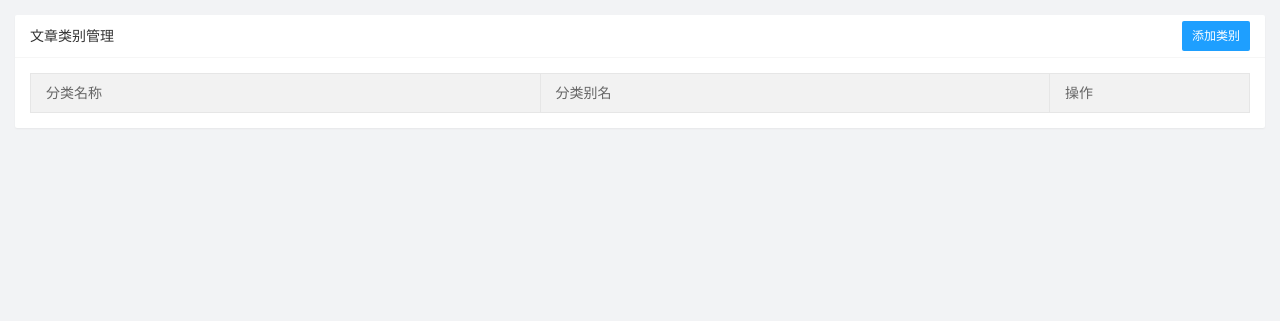
Repository: haloxxi/web_bigevent
Page: article/art-list.html
An editor plug-in stored every save of this project. The page is shown before and after the next save, followed by the edit.
The browser window is 1280 px wide. The pictures show the whole page.
The page's requests for data from a server got no answer.

Above is the page before, as saved 2022-06-28 18:14:48.
Console error: TypeError: Cannot read properties of undefined (reading 'status')

After the next save:
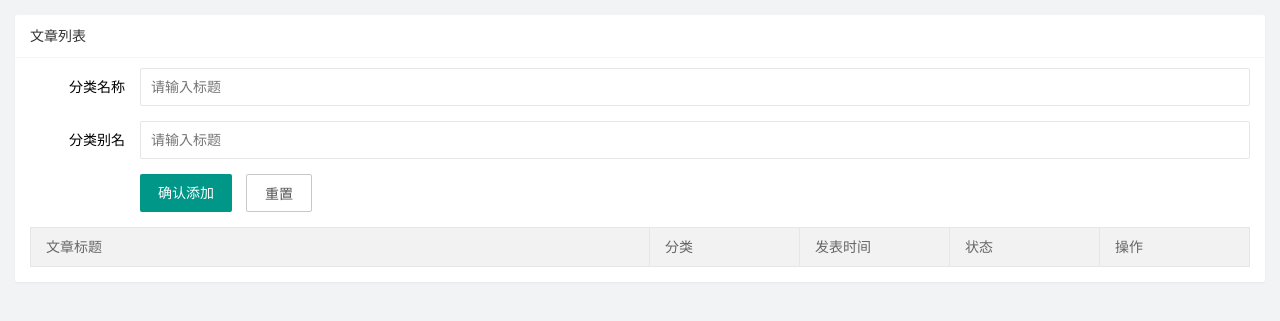
Saved 58 s later.
--- a/article/art-list.html
+++ b/article/art-list.html
@@ -5,117 +5,88 @@
     <meta charset="UTF-8">
     <meta http-equiv="X-UA-Compatible" content="IE=edge">
     <meta name="viewport" content="width=device-width, initial-scale=1.0">
-    <title>文章管理</title>
+    <title>文章那个列表</title>
     <link rel="stylesheet" href="/assets/lib/layui/css/layui.css">
-    <link rel="stylesheet" href="/assets/css/article/art-code.css">
+    <link rel="stylesheet" href="/assets/css/article/art-list.css">
 </head>
 
 <body>
-    <!-- 卡片区域 -->
-    <!-- 想要打开你页面后还是当前页面 要重新安装第三方插件express 暂时停掉live sever -->
-    <!-- ctrl + shift +p -->
+    <!-- 卡片区 -->
     <div class="layui-card">
-        <div class="layui-card-header">
-            <span>文章类别管理</span>
-            <button type="button" class="layui-btn  layui-btn-normal  layui-btn-sm" id="btnAddCate">添加类别</button>
-        </div>
-
+        <div class="layui-card-header">文章列表</div>
         <div class="layui-card-body">
+            <!-- 筛选区域 -->
+            <!-- 列表区域 -->
             <table class="layui-table">
                 <colgroup>
-                    <!-- 不加宽度表示自适应 -->
                     <col>
-                    <col>
-                    <col width="200">
+                    <col width="150">
+                    <col width="150">
+                    <col width="150">
+                    <col width="150">
                 </colgroup>
                 <thead>
                     <tr>
-                        <th>分类名称</th>
-                        <th>分类别名</th>
+                        <th>文章标题</th>
+                        <th>分类</th>
+                        <th>发表时间</th>
+                        <th>状态</th>
                         <th>操作</th>
                     </tr>
                 </thead>
                 <tbody>
-
+                    <form class="layui-form " id="form-add ">
+                        <div class="layui-form-item ">
+                            <label class="layui-form-label ">分类名称</label>
+                            <div class="layui-input-block ">
+                                <input type="text " name="name " required lay-verify="required " placeholder="请输入标题 " autocomplete="off " class="layui-input ">
+                            </div>
+                        </div>
+                        <div class="layui-form-item ">
+                            <label class="layui-form-label ">分类别名</label>
+                            <div class="layui-input-block ">
+                                <input type="text " name="alias " required lay-verify="required " placeholder="请输入标题 " autocomplete="off " class="layui-input ">
+                            </div>
+                        </div>
+                        <div class="layui-form-item ">
+                            <div class="layui-input-block ">
+                                <button class="layui-btn " lay-submit lay-filter="formDemo ">确认添加</button>
+                                <button type="reset " class="layui-btn layui-btn-primary ">重置</button>
+                            </div>
+                        </div>
+                    </form>
                 </tbody>
             </table>
+            <!-- 分页区域 -->
         </div>
     </div>
-    <!-- 这里是表格数据的模板 -->
+
+    <!-- 列表数据的模板引擎 -->
     <script type="text/html" id="tpl-table">
         {{each data}}
         <tr>
-            <td>{{$value.name}}</td>
-            <td>{{$value.alias}}</td>
+            <td>${{value.title}}</td>
+            <td>${{value.cate_name}}</td>
+            <td>${{value.pub_date}}</td>
+            <td>${{value.state}}</td>
             <td>
-                <button type="button" class="layui-btn layui-btn-xs btn-edit" id="" data-id="{{$value.Id}}">编辑</button>
-                <button type="button" class="layui-btn layui-btn-danger layui-btn-xs btn-delete" data-id="{{$value.Id}}">删除</button>
+                <button type="button" class="layui-btn  layui-btn-xs">编辑</button>
+                <button type="button" class="layui-btn  layui-btn-danger  layui-btn-xs">删除</button>
             </td>
         </tr>
         {{/each}}
     </script>
 
 
-    <!-- 这里是提示框里的内容  有了type属性 就可以写标签进去-->
-    <script type=" text/html " id="dialog-add ">
-        <form class="layui-form " id="form-add ">
-            <div class="layui-form-item ">
-                <label class="layui-form-label ">分类名称</label>
-                <div class="layui-input-block ">
-                    <input type="text " name="name " required lay-verify="required " placeholder="请输入标题 " autocomplete="off " class="layui-input ">
-                </div>
-            </div>
-            <div class="layui-form-item ">
-                <label class="layui-form-label ">分类别名</label>
-                <div class="layui-input-block ">
-                    <input type="text " name="alias " required lay-verify="required " placeholder="请输入标题 " autocomplete="off " class="layui-input ">
-                </div>
-            </div>
-            <div class="layui-form-item ">
-                <div class="layui-input-block ">
-                    <button class="layui-btn " lay-submit lay-filter="formDemo ">确认添加</button>
-                    <button type="reset " class="layui-btn layui-btn-primary ">重置</button>
-                </div>
-            </div>
-        </form>
-    </script>
 
+    <!-- 导入第三方js -->
+    <script src="/assets/lib/layui/layui.all.js"></script>
+    <script src="/assets/lib/jquery.js"></script>
+    <script src="/assets/js/baseAPI.js"></script>
+    <script src="/assets/lib/template-web.js"></script>
 
-    <!-- 这里是修改分类的弹出层 -->
-
-    <script type="text/html " id="dialog-edit ">
-        <form class="layui-form " id="form-edit " lay-filter="form-edit ">
-            <!-- 隐藏域 保存IIIIIIIIIId的值 -->
-            <input type="hidden " name="Id ">
-            <div class="layui-form-item ">
-                <label class="layui-form-label ">分类名称</label>
-                <div class="layui-input-block ">
-                    <input type="text " name="name " required lay-verify="required " placeholder="请输入标题 " autocomplete="off " class="layui-input ">
-                </div>
-            </div>
-            <div class="layui-form-item ">
-                <label class="layui-form-label ">分类别名</label>
-                <div class="layui-input-block ">
-                    <input type="text " name="alias " required lay-verify="required " placeholder="请输入标题 " autocomplete="off " class="layui-input ">
-                </div>
-            </div>
-            <div class="layui-form-item ">
-                <div class="layui-input-block ">
-                    <button class="layui-btn " lay-submit lay-filter="formDemo ">确认修改</button>
-                </div>
-            </div>
-        </form>
-    </script>
-
-
-
-    <script src="/assets/lib/layui/layui.all.js "></script>
-    <script src="/assets/lib/jquery.js "></script>
-    <script src="/assets/js/baseAPI.js "></script>
-    <!-- 导入模板引擎 -->
-    <script src="/assets/lib/template-web.js "></script>
-    <script src="/assets/js/article/art-cade.js "></script>
-
+    <!-- 导入自己写的js -->
+    <script src="/assets/js/article/art-list.js"></script>
 </body>
 
 </html>

After the 3 saves that followed:
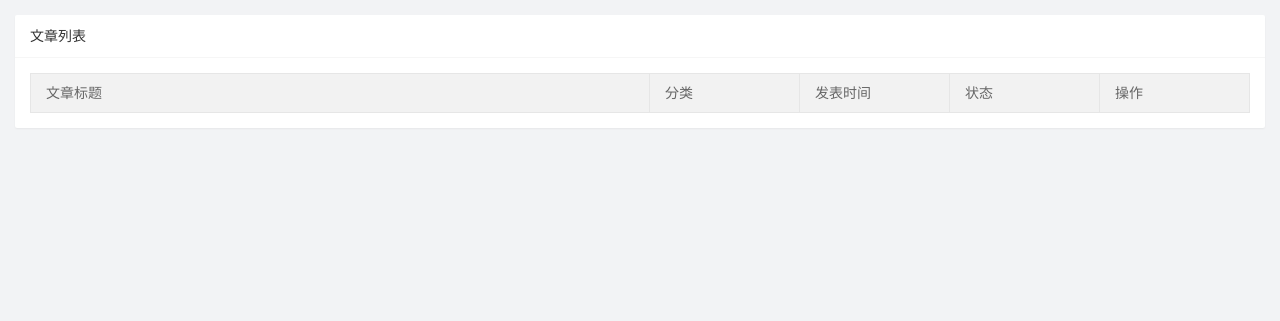
The 3 saves are shown as one change because 2 left the picture as it was.
The last was saved 6 min 18 s later.
--- a/article/art-list.html
+++ b/article/art-list.html
@@ -35,26 +35,7 @@
                     </tr>
                 </thead>
                 <tbody>
-                    <form class="layui-form " id="form-add ">
-                        <div class="layui-form-item ">
-                            <label class="layui-form-label ">分类名称</label>
-                            <div class="layui-input-block ">
-                                <input type="text " name="name " required lay-verify="required " placeholder="请输入标题 " autocomplete="off " class="layui-input ">
-                            </div>
-                        </div>
-                        <div class="layui-form-item ">
-                            <label class="layui-form-label ">分类别名</label>
-                            <div class="layui-input-block ">
-                                <input type="text " name="alias " required lay-verify="required " placeholder="请输入标题 " autocomplete="off " class="layui-input ">
-                            </div>
-                        </div>
-                        <div class="layui-form-item ">
-                            <div class="layui-input-block ">
-                                <button class="layui-btn " lay-submit lay-filter="formDemo ">确认添加</button>
-                                <button type="reset " class="layui-btn layui-btn-primary ">重置</button>
-                            </div>
-                        </div>
-                    </form>
+
                 </tbody>
             </table>
             <!-- 分页区域 -->
@@ -62,7 +43,7 @@
     </div>
 
     <!-- 列表数据的模板引擎 -->
-    <script type="text/html" id="tpl-table">
+    <script type="text/html" Id="tpl-table">
         {{each data}}
         <tr>
             <td>${{value.title}}</td>
--- a/assets/js/article/art-list.js
+++ b/assets/js/article/art-list.js
@@ -26,8 +26,8 @@ $(function() {
                     return layer.msg('获取文章列表失败！')
                 }
                 //使用模板引擎 渲染页面
-                // var htmlStr = template('tpl-table', res)
-                // $('tbody').html(htmlStr)
+                var htmlStr = template('tpl-table', res)
+                $('tbody').html(htmlStr)
 
                 // layer.msg('获取文章列表成功！')
             }
